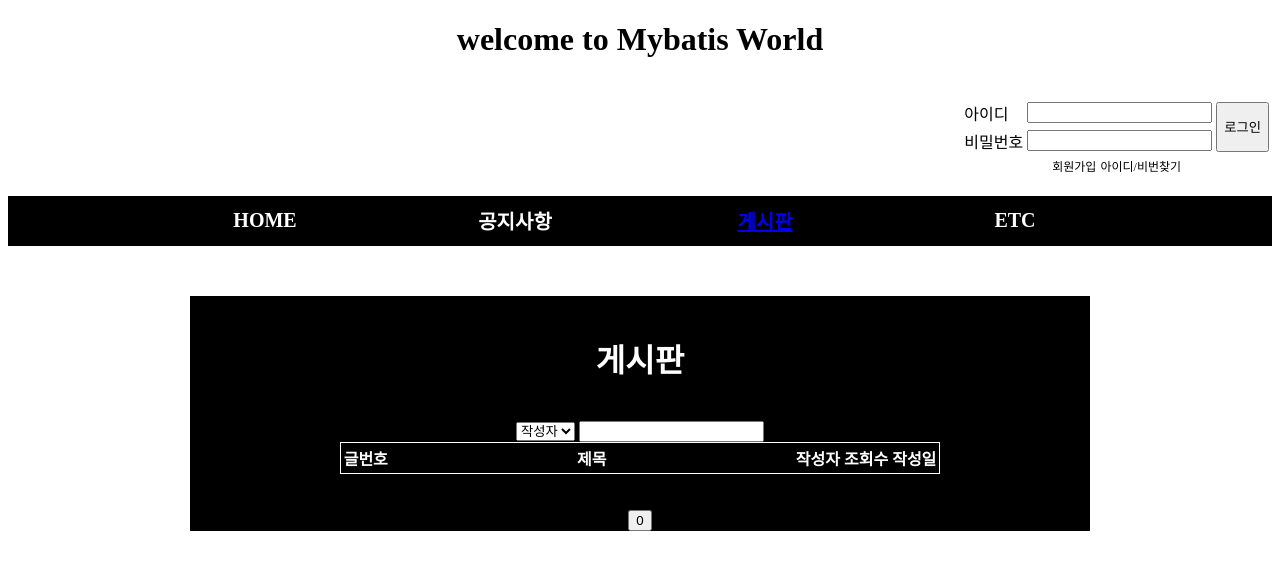
Repository: didwlwd/workspace
Page: http://localhost/mybatisProject/views/board/boardListView.jsp
An editor plug-in stored every save of this project. The page is shown before and after the next save, followed by the edit.
The browser window is 1280 px wide. The pictures show the whole page.
The page is served by Tomcat 10. Other server files are loaded and not shown. The template is opened directly, without the code that normally fills it, so the values that code supplies are empty.

Above is the page before, as saved 2025-03-07 01:34:51.

### 08_myBatis/mybatisProject/src/main/webapp/views/board/boardListView.jsp
<%@ page language="java" contentType="text/html; charset=UTF-8"
    pageEncoding="UTF-8"%>
<%@ taglib prefix="c" uri="http://java.sun.com/jsp/jstl/core" %>
<!DOCTYPE html>
<html>
<head>
<meta charset="UTF-8">
<title>Insert title here</title>
<style>
    #list-area{
        border: 1px solid white;
        text-align: center;
    }

    .outer a{
        color: white;
        text-decoration: none;
    }
</style>
</head>
<body>
    <jsp:include page="../common/menubar.jsp" />

    <div class="outer" align="center">
        <br>
        <h1 align="center">게시판</h1>
        <br>

		<div>
			<form>
				<select name="condition">
					<option value="writer">작성자</option>
					<option value="title">제목</option>
					<option value="content">내용</option>
				</select>
				<input type="text" name="keyword">
			</form>
		</div>

        <table id="list-area">
            <thead>
                <tr>
                    <th>글번호</th>
                    <th width="400">제목</th>
                    <th>작성자</th>
                    <th>조회수</th>
                    <th>작성일</th>
                </tr>
            </thead>
            <tbody>
                <c:forEach var="b" items="${list}">
                	<tr>
                		<td>${b.boardNo}</td>
                		<td>${b.boardTitle}</td>
                		<td>${b.userId}</td>
                		<td>${b.count}</td>
                		<td>${b.createDate}</td>
                	</tr>
                </c:forEach>
            </tbody>
        </table>
        <br><br>
        <div align="center">
        	<c:if test="${pi.currentPage > 1 }">
            	<button class="btn btn-sm btn-primary"onclick="location.href='${pageContext.request.contextPath}/list.bo?cpage=${pi.currentPage - 1}'">&lt;이전</button>
            </c:if>

            <c:forEach var="p" begin="${pi.startPage}" end="${pi.endPage}">
            	<c:choose>
            		<c:when test="${p == pi.currentPage }">
            			<button class="btn btn-sm btn-primary" disabled>${p}</button>
            		</c:when>
            		<c:otherwise>
            			<button class="btn btn-sm btn-primary" onclick="location.href='${pageContext.request.contextPath}/list.bo?cpage=${p}'">${p}</button>
            		</c:otherwise>
            	</c:choose>
            </c:forEach>

            <c:if test="${pi.currentPage < pi.maxPage}">
            	<button class="btn btn-sm btn-primary" onclick="location.href='${pageContext.request.contextPath}/list.bo?cpage=${pi.currentPage + 1}'">다음&gt;</button>
            </c:if>


        </div>
    </div>
</body>
</html>

### 08_myBatis/mybatisProject/src/main/webapp/views/common/menubar.jsp
<%@ page language="java" contentType="text/html; charset=UTF-8"
    pageEncoding="UTF-8"%>
<%@ taglib prefix="c" uri="http://java.sun.com/jsp/jstl/core" %>
<!DOCTYPE html>
<html>
<head>
<meta charset="UTF-8">
<title>Insert title here</title>
<style>
    .login-area a{
        text-decoration: none;
        color: black;
        font-size: 12px;
    }

    .nav-area{
        background: black;
        color: white;
        height: 50px;
    }
    .menu{
        display: table-cell;
        width: 250px;
        height: 50px;
        vertical-align: middle;
        font-size: 20px;
        font-weight: bold;
    }
    .outer{
    	width: 900px;
    	background: black;
    	color: white;
    	margin: auto;
    	margin-top: 50px;
    }
</style>
</head>
<body>

    <h1 align="center">welcome to Mybatis World</h1>
    <br>

    <div class="login-area" align="right">
        <!-- 로그인전 -->
        <c:choose>
        	<c:when test="${empty loginUser}">
        	<form action="${pageContext.request.contextPath}/login.me" method="post">
		        <table>
		            <tr>
		                <td>아이디</td>
		                <td><input type="text" name="userId" required></td>
		                <td rowspan="2"><button type="submit" style="height: 50px;">로그인</button></td>
		            </tr>
		            <tr>
		                <td>비밀번호</td>
		                <td><input type="password" name="userPwd" required></td>

		            </tr>
		            <tr>
		                <td colspan="3" align="center">
		                    <a href="enrollForm.me">회원가입</a>
		                    <a href="">아이디/비번찾기</a>
		                </td>
		            </tr>
	            </table>
	        </form>
        	</c:when>
        	<c:otherwise>
        		<!-- 로그인후 -->
			        <div>
			            <table>
			                <tr>
			                    <td colspan="2">
			                        <h3>${loginUser.userName}님 환영합니다. </h3>
			                    </td>
			                    <td></td>
			                </tr>
			                <tr>
			                    <td><a href="myPage.me">마이페이지</a></td>
			                    <td><a href="">로그아웃</a></td>
			                </tr>
			            </table>
			        </div>
        	</c:otherwise>
        </c:choose>
    </div>
    <br>

    <div class="nav-area" align="center">
        <div class="menu">HOME</div>
        <div class="menu">공지사항</div>
        <div class="menu"><a href="lsit.bo?cpage=1">게시판</a></div>
        <div class="menu">ETC</div>
    </div>
</body>
</html>

After the next save:
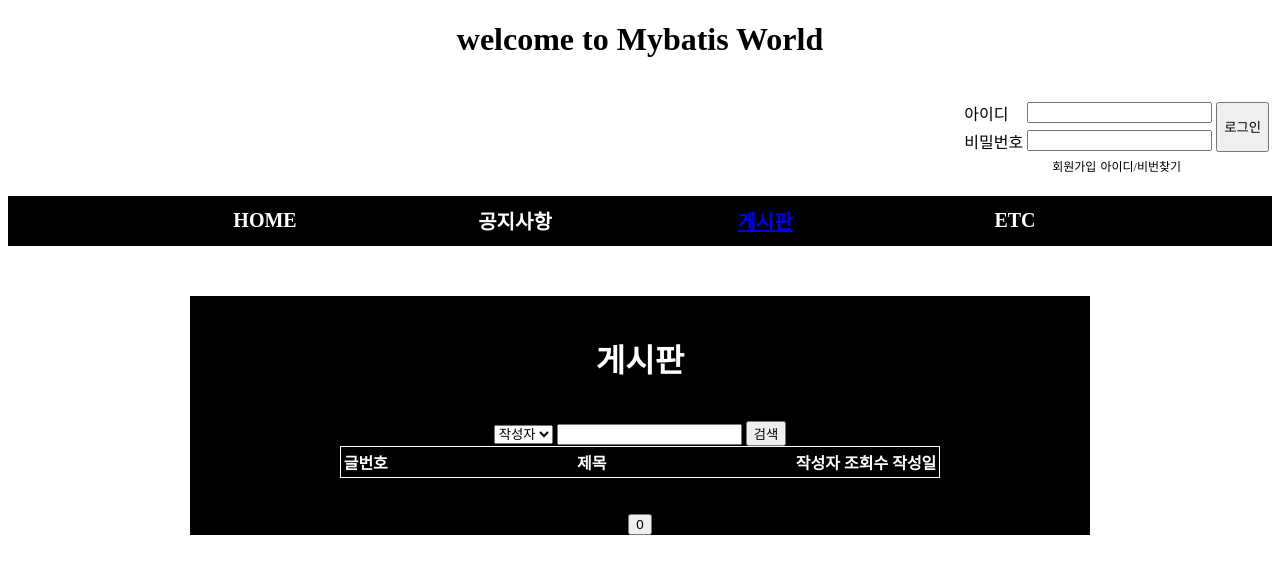
Saved 12 s later.
--- a/08_myBatis/mybatisProject/src/main/webapp/views/board/boardListView.jsp
+++ b/08_myBatis/mybatisProject/src/main/webapp/views/board/boardListView.jsp
@@ -34,6 +34,7 @@
 					<option value="content">내용</option>
 				</select>
 				<input type="text" name="keyword">
+				<button type="submit">검색</button>
 			</form>
 		</div>
 
